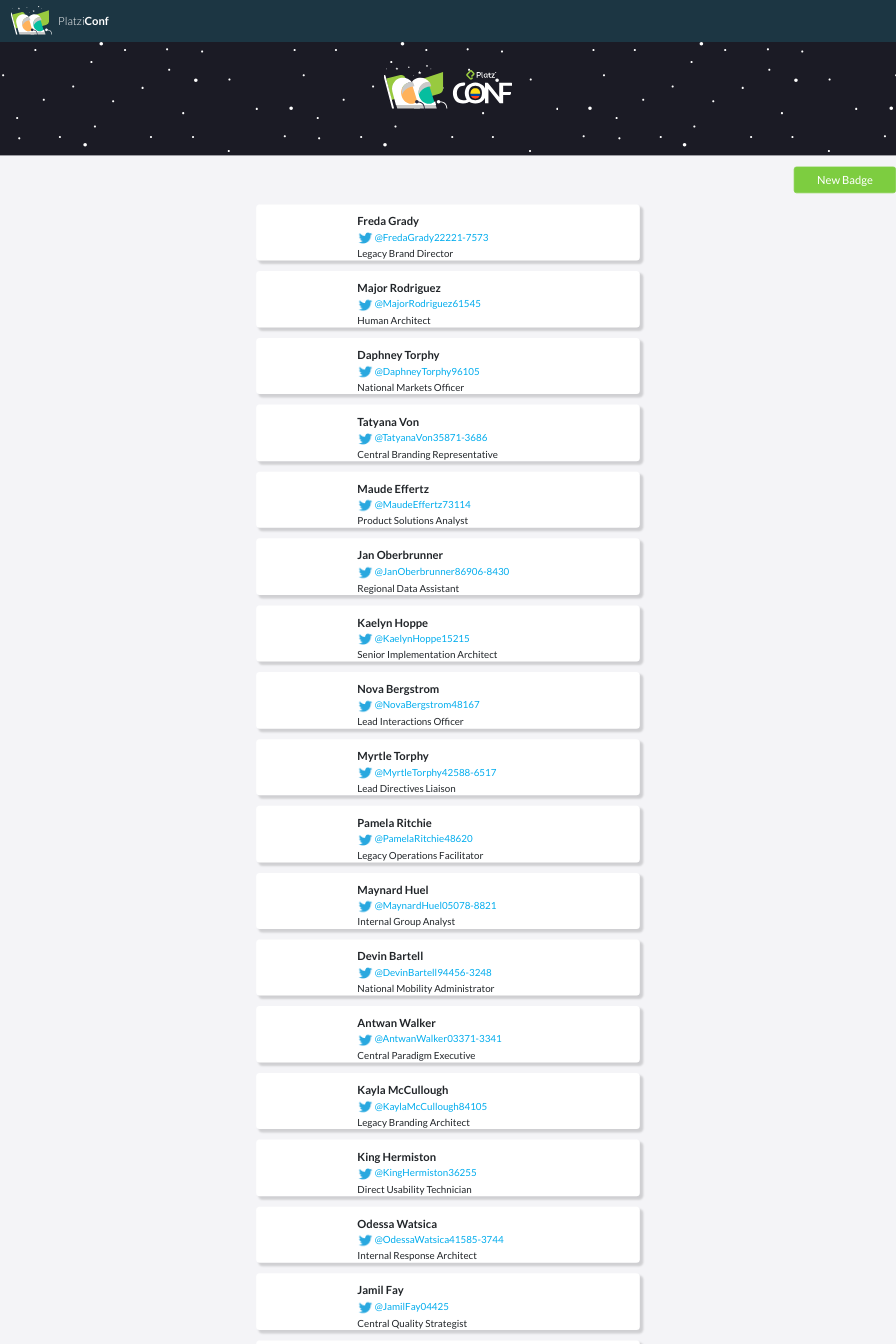
Repository: FranCodeCafe/fran-platzi-badges
Page: /badges
The author's editor kept a copy of each file at every save. The page is drawn from the files as they stood at one save, then again after the next save.
The browser window is 1280 px wide. The pictures show the part of the page from y = 0 to 1920 px (the page is 5307 px tall), at 70% of full size.
The project was rebuilt for these pictures with package versions that can differ from the ones it lists, and the page was loaded fresh each time. Requests to the local data server were answered from the project's data file. Also part of the build but not shown: src/pages/styles/Home.css, src/pages/Home.js, src/pages/styles/BadgeNew.css, src/components/styles/Badge.css, src/components/Gravatar.js, src/components/Badge.js, src/components/BadgeForm.js, src/pages/BadgeNew.js and 6 more.

Above is the page before, as saved 2020-01-23 11:04:30.

After the next save:
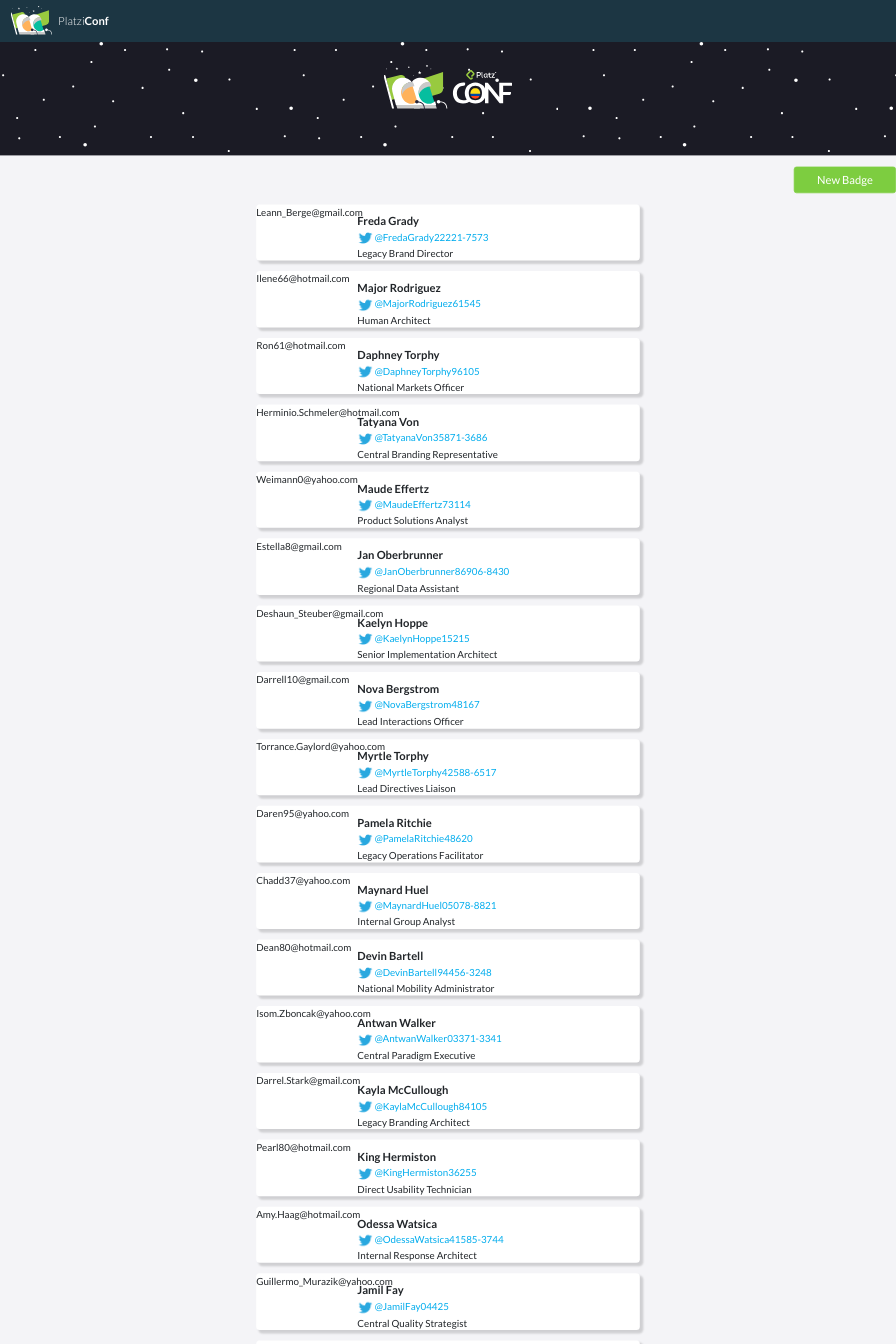
Saved 42 s later.
--- a/src/components/BadgesList.js
+++ b/src/components/BadgesList.js
@@ -26,6 +26,7 @@
                 <div className="row">
                   <div className="col-3">
                     <li key={badge.id}>
+                    <div className="jobTitle">{badge.email}</div>
                       {/* <Gravatar src="" alt="Avatar"/> */}
                     </li>
                   </div>
